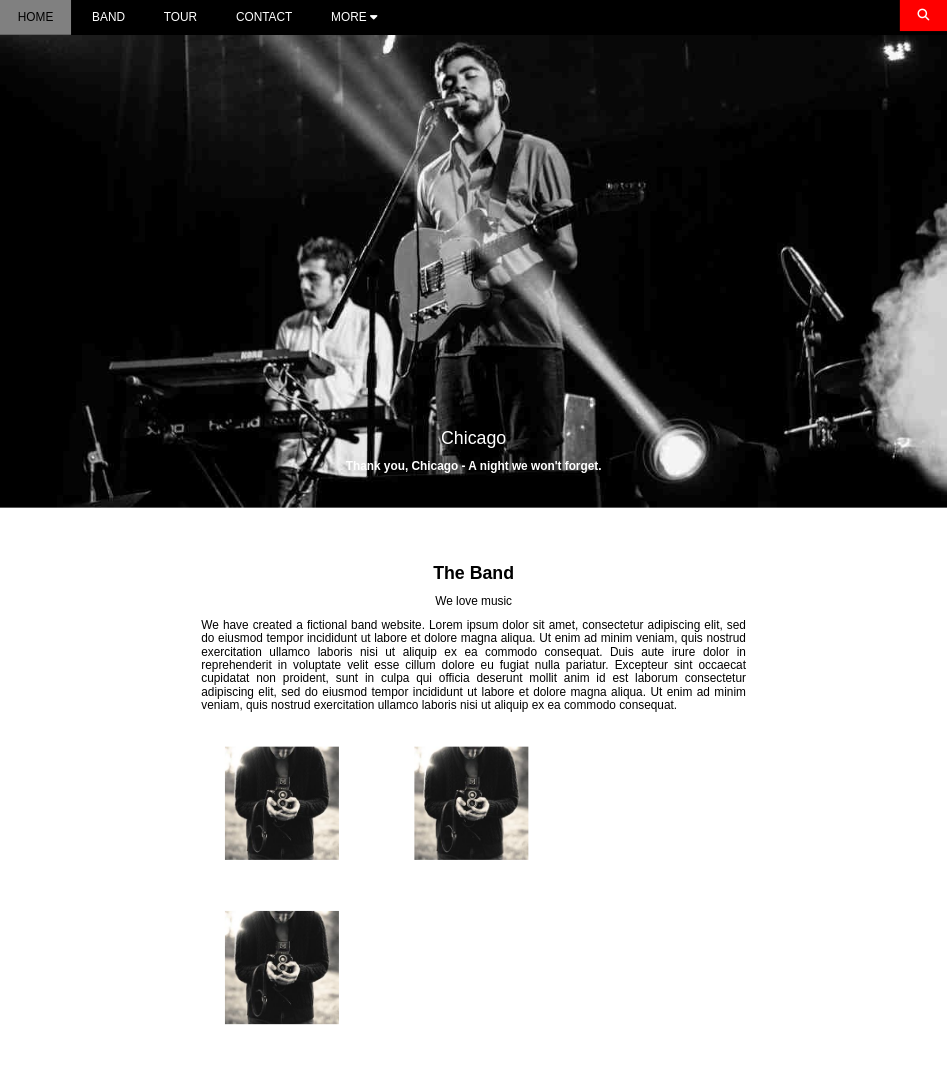
Repository: ngotranphuongbao/theband
Page: index.html
These files come from the project's save history. The page is drawn as it stood at one moment and after the next save; the edit follows.
The browser window is 1280 px wide. The pictures show the whole page, at 74% of full size.
Some web libraries are served in a nearby version.

Above is the page before, as saved 2022-12-21 21:40:43.

### index.html
<!DOCTYPE html>
<html lang="en">
<head>
    <meta charset="UTF-8">
    <meta http-equiv="X-UA-Compatible" content="IE=edge">
    <meta name="viewport" content="width=device-width, initial-scale=1.0">
    <title>Document</title>
    <link rel="stylesheet" href="./assets/css/style.css">
    <script src="https://kit.fontawesome.com/55a0c61423.js" crossorigin="anonymous"></script>
</head>
<body>
    <div id="main">
        <div id="header">
            <ul id="nav">
                <li><a href="">Home</a></li>
                <li><a href="">Band</a></li>
                <li><a href="">Tour</a></li>
                <li><a href="">Contact</a></li>
                <li>
                    <a href="">
                        More
                        <i class="fa fa-caret-down"></i>
                    </a>
                    <ul id="subnav">
                        <li><a href="">Merchandise</a></li>
                        <li><a href="">Extras</a></li>
                        <li><a href="">Media</a></li>
                    </ul>
                </li>
            </ul>
            <div id="search">
                <i class="fa fa-search"></i>
            </div>
        </div>

        <div id="slider">
            <div id="slider-caption">
                <h3>Chicago</h3>
                <p><b>Thank you, Chicago - A night we won't forget.</b></p>
            </div>

        </div>

        <div id="content">
            <div id="the-band">
                <div id="the-band-main">
                    <h2 class="content-title">The Band</h2>
                    <p class="content-subtitle">We love music</p>
                    <p id="describe">We have created a fictional band website. Lorem ipsum dolor sit amet, consectetur adipiscing elit, sed do eiusmod tempor incididunt ut labore et dolore magna aliqua. Ut enim ad minim veniam, quis nostrud exercitation ullamco laboris nisi ut aliquip ex ea commodo consequat. Duis aute irure dolor in reprehenderit in voluptate velit esse cillum dolore eu fugiat nulla pariatur. Excepteur sint occaecat cupidatat non proident, sunt in culpa qui officia deserunt mollit anim id est laborum consectetur adipiscing elit, sed do eiusmod tempor incididunt ut labore et dolore magna aliqua. Ut enim ad minim veniam, quis nostrud exercitation ullamco laboris nisi ut aliquip ex ea commodo consequat.</p>
                    <div id="member">
                        <div class="member-info">
                            <p class="member-name"></p>
                            <img src="/assets/image/member/bandmember.jpg" alt="" class="member-photo">
                        </div>

                        <div class="member-info">
                            <p class="member-name"></p>
                            <img src="/assets/image/member/bandmember.jpg" alt="" class="member-photo">
                        </div>

                        <div class="member-info">
                            <p class="member-name"></p>
                            <img src="/assets/image/member/bandmember.jpg" alt="" class="member-photo">
                        </div>
                    </div>
                </div>
            </div>

            <div id="tour-dates">


            </div>

            <div id="contact">

            </div>

            <div id="picture">

            </div>

        </div>

        <div id="footer">

        </div>
    </div>

</body>
</html>

### assets/css/style.css
* {
    padding: 0px;
    margin: 0px;
    box-sizing: border-box;
}

html {
    font-family: Arial, Helvetica, sans-serif;
}

#main {

}

#header {
    height: 46.5px;
    background-color: black;
    position: fixed;
    top: 0px;
    left: 0px;
    right: 0px;
    z-index: 1;
}

#nav {
    display: inline-block;
}
#nav > li {
    display: inline-block;
    padding: 12px 24px;
    position: relative;
}

#nav > li > a {
    line-height: 22.5px;
    text-decoration: none;
    text-transform: uppercase;
    color: white;
}

#nav > li:hover {
    background-color: grey;
}

#nav > li:hover > a {
    color: black;
}

#subnav {
    display: none;
    position: absolute;
    top: 45px;
    left: 0px;
    box-shadow: 0px 0px 10px rgba(0, 0, 0, 0.3);
    background-color: white;
}

#subnav > li {
    display: block;
    width: 160px;
    height: 38.5px;
    padding: 8px 16px;
}

#subnav > li:hover {
    background-color: grey;
}

#nav > li:hover > #subnav {
    display: block;
}

#subnav > li > a {
    text-decoration: none;
    color: black;
}

.fa-caret-down {
    width: 8.575px;
    height: 15px;
}

#search {
    float: right;
    padding: 12px 24px;
    background-color: red;
    cursor: pointer;
}

.fa-search {
    line-height: 22.5px;
    color: white;
}
#slider {
    margin-top: 45.6px;
    padding-top: 50%;
    background: url(/assets/image/slider/chicago.jpg) top center / cover no-repeat;
    position: relative;
}

#slider-caption {
    position: absolute;
    bottom: 32px;
    width: 100%;
    text-align: center;
}

#slider-caption > p {
    margin: 15px;
    color: white;
}

#slider-caption > h3 {
    margin-bottom: 10px;
    color: white;
    font-weight: 400;
    font-size: 24px;
}


#content {

}

#the-band {
    height: 672px;

}

#the-band-main {
    width: 768px;
    height: 100%;
    padding: 64px 16px;
    margin: auto;
}

.content-title {
    text-align: center;
    margin: 10px;
}

.content-subtitle {
    text-align: center;
    margin: 15px;
}

#describe {
    text-align: justify;
    margin-bottom: 15px;

}

#member {
    height: 286px;
    padding: 32px;
}

.member-info {
    display: inline-block;
    float: left;
    width: 256px;
    height: 222px;
}

.member-photo {
    width: 60%;
}

#member-

#footer {

}

After the next save:
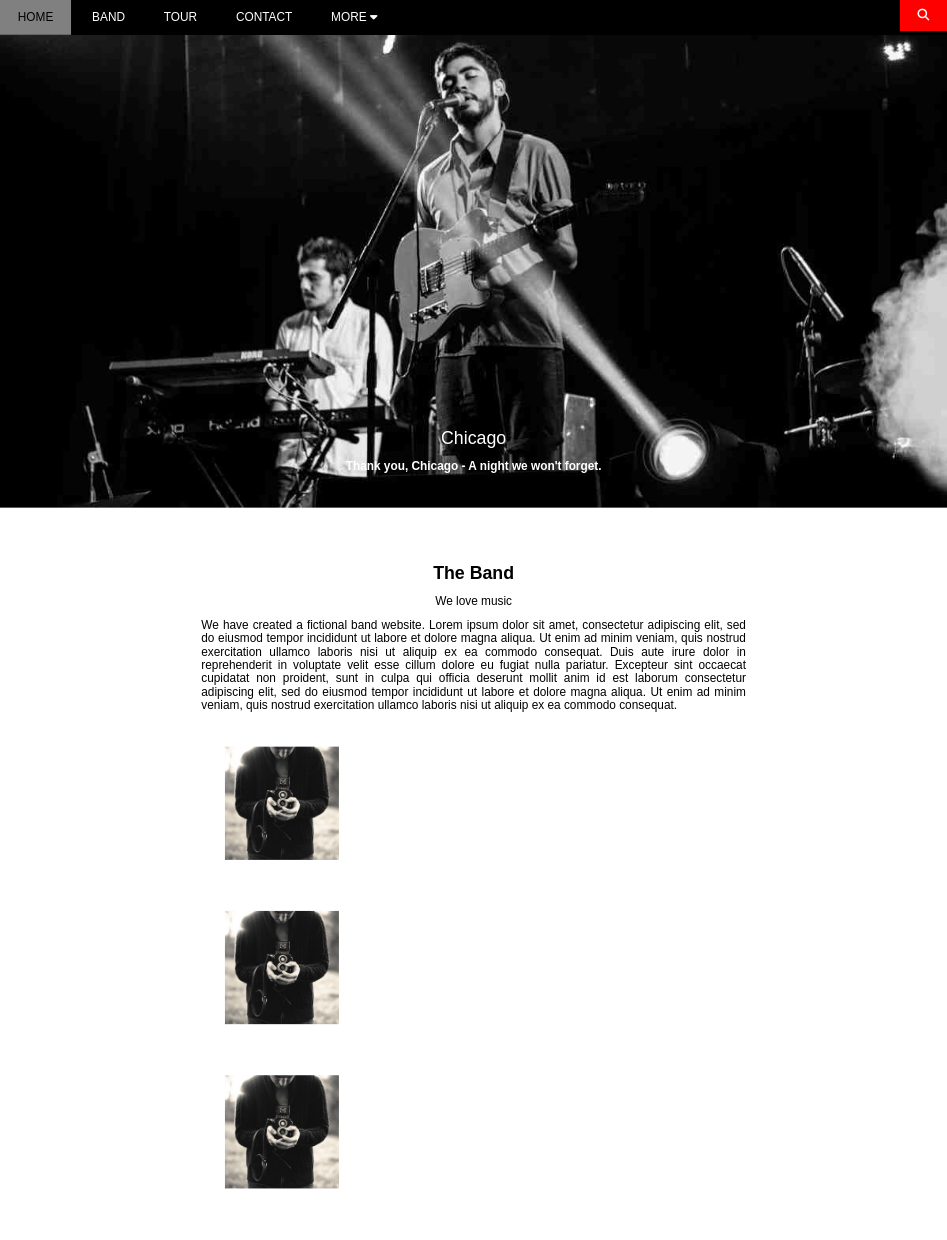
Saved 24 s later.
--- a/assets/css/style.css
+++ b/assets/css/style.css
@@ -156,8 +156,6 @@
 }
 
 .member-info {
-    display: inline-block;
-    float: left;
     width: 256px;
     height: 222px;
 }
